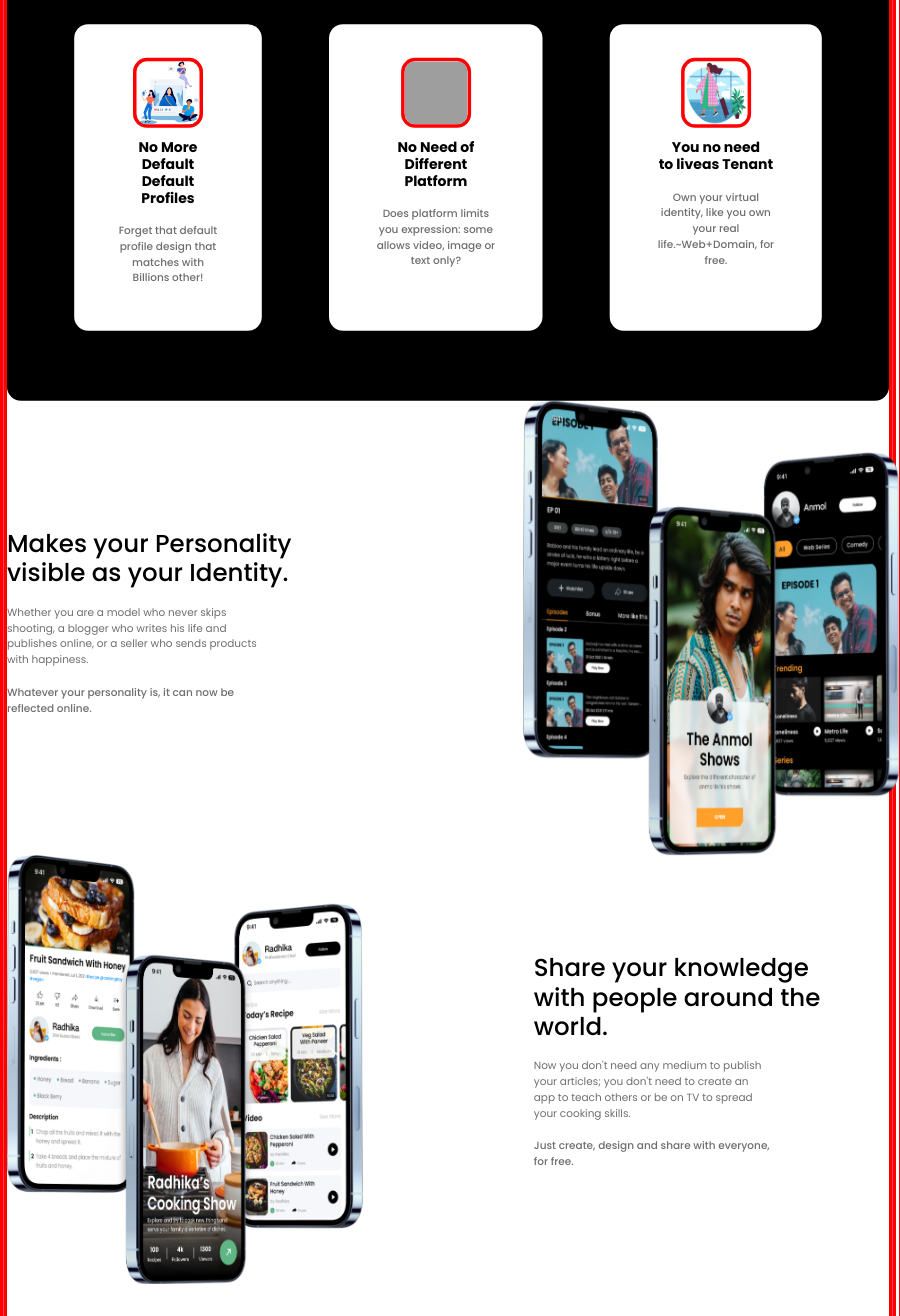
Repository: itsmesikandar/swavy.in.github.io
Page: index.html
An editor plug-in stored every save of this project. The page is shown before and after the next save, followed by the edit.
The browser window is 1280 px wide. The page is 1285 px wide, so the pictures cover 1285 px, including what lies to the right of the window. The pictures show the part of the page from y = 961 to 2841 px (the page is 5032 px tall before and 5008 px after), at 70% of full size.
Pictures or frames that could not be fetched are drawn as grey boxes.

Above is the page before, as saved 2023-02-22 22:49:40.
Console error: TypeError: Cannot read properties of undefined (reading 'fn')

### index.html
<!DOCTYPE html>
<html lang="en">
<head>
  <title>Swavy</title>

  <meta charset="UTF-8">
  <meta name="viewport" content="width=device-width, initial-scale=1.0">
  <meta http-equiv="X-UA-Compatible" content="ie=edge">
  <link rel="stylesheet" href="vendors/owl-carousel/css/owl.carousel.min.css">
  <link rel="stylesheet" href="vendors/owl-carousel/css/owl.theme.default.css">
  <link rel="stylesheet" href="vendors/mdi/css/materialdesignicons.min.css">
  <link rel="stylesheet" href="vendors/aos/css/aos.css">
  <link rel="stylesheet" href="css/style.min.css">
  <link rel="stylesheet" href="css/style.css">
  <link rel="stylesheet"
        href="https://cdnjs.cloudflare.com/ajax/libs/OwlCarousel2/2.3.4/assets/owl.carousel.min.css"
        integrity="sha512-tS3S5qG0BlhnQROyJXvNjeEM4UpMXHrQfTGmbQ1gKmelCxlSEBUaxhRBj/EFTzpbP4RVSrpEikbmdJobCvhE3g=="
        crossorigin="anonymous" />
  <link rel="stylesheet"
        href="https://cdnjs.cloudflare.com/ajax/libs/OwlCarousel2/2.3.4/assets/owl.theme.default.min.css"
        integrity="sha512-sMXtMNL1zRzolHYKEujM2AqCLUR9F2C4/05cdbxjjLSRvMQIciEPCQZo++nk7go3BtSuK9kfa/s+a4f4i5pLkw=="
        crossorigin="anonymous" />

</head>
<body id="body" data-spy="scroll" data-target=".navbar" data-offset="100">
  <header id="header-section">
    <nav class="navbar navbar-expand-lg pl-3 pl-sm-0 py-4" id="navbar">
    <div class="container">
      <div class="navbar-brand-wrapper d-flex ">
        <h4 style="color:rgb(253, 81, 1); font-size: 18px;">#NotJustSocialMedia</h4>
      </div>
    </div>
    </nav>
  </header>
  <div class="banner" >
    <div class="container-fluid">
      <h1 class="font-weight-semibold margin-top" id="ht">Discover<br>The Best Form Of Yourself</h1>
      <h5 class="font-weight-normal text-muted pb-3">Where humans create themselves, not Platform.</h5>
      <img src="images/hero-img.png" alt="" class="img-fluid">
    </div>
  </div>
      <div class="content-wrapper border-to">
        <div class="container-fluid border-to">
          <section class="features-overview bg_color_first " id="features-section" >
            <!-- <div class="content-header">
              <h3><b>Bored seeing same profiles design?</b></h3>
              <h6 class="section-subtitle text-muted">Billions others too, What if i say<br>You can have your website as your social identity! for free.</h6>
            </div> -->

            <!-- <div class="contact-us" id="contact-section">
              <div class="container">
                <div class=" contact-upper" >
                  <div data-aos="fade-up">
                    <div class="col-12  offset-sm-3 col-sm-6 offset-sm-3 offset-lg-3 col-lg-6 offset-lg-3 ">
                      <form name="submit-to-google-sheet" id="myFormm">
                        <div class="">
                          <input type="email" placeholder="Enter your email address" />
                          <button type="submit" class="btn btn-danger r-20 font-weight-medium">Get Early Access</button>
                       </div>
                         <input type="email" name="Email" class="input-form-control r-20" id="Email" placeholder="Enter your email address">
                        <div class="pt-3">
                          <button type="submit" class="btn btn-danger r-20 font-weight-medium">Get Early Access</button>
                        </div>
                      </form>
                    </div>
                  </div>
                </div>
              </div>
            </div> -->

            <div class="content-header  ">
              <h3 class="section-subtitle text-muted"><b>Where you can.</b></h3>
              <h5 class="section-subtitle text-muted "></h5>
              <h3 class=""><b>Show what you are but better.</b></h3>
            </div>

            <div class="d-md-flex justify-content-between mx-5">
              <div class="grid-margin d-flex justify-content-center bg_color_white mx-5 px-2">
                <div class="features-width text-center py-5">
                  <img class="border-to" src="images/nomore.png" width="100" height="100" alt="" class="img-icons">
                  <h5 class="py-3 font-weigh-sub">No More Default <br>Default Profiles</h5>
                  <p class="text-muted font-wt-p">Forget that default profile design that matches with Billions other!</p>
                </div>
              </div>
              <div class="grid-margin d-flex justify-content-center bg_color_white mx-5 px-2">
                <div class="features-width text-center py-5">
                  <img class="border-to" src="images/noplatform.jpg" width="100" height="100" alt="" class="img-icons">
                  <h5 class="py-3 font-weigh-sub">No Need of<br>Different Platform</h5>
                  <p class="text-muted font-wt-p">Does platform limits you expression: some allows video, image or text only?
                  </p>
                </div>
              </div>
              <div class="grid-margin d-flex justify-content-center bg_color_white mx-5 px-2">
                <div class="features-width text-center py-5">
                  <img class="border-to" src="images/tenent.png" width="100" height="100" alt="" class="img-icons">
                  <h5 class="py-3 font-weigh-sub">You no need<br>to liveas Tenant</h5>
                  <p class="text-muted font-wt-p">Own your virtual identity, like you own your real life.~Web+Domain, for free.</p>
                </div>
              </div>
            </div>
          </section>


      <section class="digital-marketing-service" id="digital-marketing-section">

        <div class="row align-items-center">
          <div class="col-12 col-lg-7 grid-margin grid-margin-lg-0 align-left" data-aos="fade-right">
            <h2 class="m-0 ">Makes your Personality<br>visible as your Identity.</h2>
            <div class="col-lg-7 col-xl-6 p-0">
              <p class="py-4 m-0 text-muted">Whether you are a model who never skips shooting, a blogger who writes his life and publishes online, or a seller who sends products with happiness.</p>
              <p class="font-weight-medium text-muted">Whatever your personality is, it can now be reflected online.</p>
            </div>
          </div>
          <div class="col-12 col-lg-5 p-0 img-digital grid-margin grid-margin-lg-0" data-aos="fade-left">
            <div class="carousel slide" data-ride="carousel">
              <div class="carousel-inner">
                <div class="carousel-item active">
                  <img src="images/vlog.png" alt="" class="img-fluid d-block w-100">
                </div>
                <div class="carousel-item ">
                  <img src="images/show.png" alt="" class="img-fluid d-block w-100">
                </div>
                <div class="carousel-item ">
                  <img src="images/podcast.png" alt="" class="img-fluid d-block w-100">
                </div>
                <div class="carousel-item ">
                  <img src="images/sell.png" alt="" class="img-fluid d-block w-100">
                </div>
              </div>
            </div>
          </div>
        </div>
        <div class="row align-items-center">
          <div class="col-12 col-lg-5 text-center flex-item grid-margin" data-aos="fade-right">
            <div class="carousel slide" data-ride="carousel">
              <div class="carousel-inner">
                <div class="carousel-item active">
                  <img src="images/class.png" alt="" class="img-fluid d-block w-100">
                </div>
                <div class="carousel-item ">
                  <img src="images/radhika.png" alt="" class="img-fluid d-block w-100">
                </div>
                <div class="carousel-item ">
                  <img src="images/news.png" alt="" class="img-fluid d-block w-100">
                </div>
              </div>
            </div>
          </div>
          <div class="col-12 offset-lg-2 col-lg-5 flex-item grid-margin align-left data-aos="fade-left">
            <h2 class="m-0 ">Share your knowledge<br> with people around the world.</h2>
            <div class="col-lg-9 col-xl-8 p-0">
              <p class="py-4 m-0 text-muted">Now you don't need any medium to publish your articles; you don't need to create an app to teach others or be on TV to spread your cooking skills.</p>
              <p class="pb-2 font-weight-medium text-muted">Just create, design and share with everyone, for free.</p>
            </div>
          </div>
        </div>
      </section>

      <section class="customer-feedback" id="feedback-section">
        <div class="row">
          <div class="col-12 text-center pb-5">
            <h2><b>Bring Your Ideas into Life</b></h2>
          </div>

          <div class="col-12 m-auto">
            <div class="owl-carousel owl-theme grid-margin">
              <div class="card customer-cards">
                <img src="images/educator.png"  alt="" >
              </div>
              <div class="card customer-cards">
                <img src="images/creator.png"  alt="" >
              </div>
              <div class="card customer-cards">
                <img src="images/model.png"  alt="" >
              </div>
              <div class="card customer-cards">
                <img src="images/writer.png"  alt="" >
              </div>
            </div>
          </div>
        </div>
      </section>

      <section class="case-studies" id="case-studies-section">
        <div class="row ">
          <div class="col-12 text-center pb-5">
            <h2><b>Be the human that exist in real world.</b></h2>
          </div>
          <div class="col-12 col-md-6 col-lg-4 stretch-card mb-3 mb-lg-3" data-aos="zoom-in">
            <div class="card customer-cards">
              <div class="card-body">
                <div class="text-center">
                  <img src="images/ticket.png" width="100" height="100" alt="" class="img-customer">
                  <div class="content-divider m-auto"></div>
                  <h6 class="card-title pt-3">Get your tickets</h6>
                  <p class="m-0 py-3 text-muted">Get onboard and experience to own yourself on Internet. Either get an invite from friend or Join the waitlist to early access.</p>
                </div>
              </div>
            </div>
          </div>
          <div class="col-12 col-md-6 col-lg-4 stretch-card mb-3 mb-lg-3" data-aos="zoom-in" data-aos-delay="200">
            <div class="card customer-cards">
              <div class="card-body">
                <div class="text-center">
                  <img src="images/create.jpg" width="100" height="100" alt="" class="img-customer">
                  <div class="content-divider m-auto"></div>
                  <h6 class="card-title pt-3">Create yourself</h6>
                  <p class="m-0 py-3 text-muted">Describe your personality, Enter your content and get yourself an identity which is as unique as you out of Billions.</p>
                </div>
              </div>
            </div>
          </div>
          <div class="col-12 col-md-6 col-lg-4 stretch-card mb-3 mb-lg-3" data-aos="zoom-in" data-aos-delay="400">
            <div class="card customer-cards">
              <div class="card-body">
                <div class="text-center">
                  <img src="images/design.jpg" width="100" height="100" alt="" class="img-customer">
                  <div class="content-divider m-auto"></div>
                  <h6 class="card-title pt-3">Design your personality</h6>
                  <p class="m-0 py-3 text-muted">Find your style in our templates curate your content and done. If not satisfy can change font/size/color/layout as your wish.</p>
                </div>
              </div>
            </div>
          </div>
          <div class="col-12 col-md-6 col-lg-4 stretch-card mb-3 mb-lg-3" data-aos="zoom-in" data-aos-delay="600">
            <div class="card customer-cards">
              <div class="card-body">
                <div class="text-center">
                  <img src="images/own.jpg" width="100" height="100" alt="" class="img-customer">
                  <div class="content-divider m-auto"></div>
                  <h6 class="card-title pt-3">Own your identity</h6>
                  <p class="m-0 py-3 text-muted">Get your online presence in your hand, link it with domain, for free* and let yourself be discovered on the Internet.</p>
                </div>
              </div>
            </div>
          </div>
          <div class="col-12 col-md-6 col-lg-4 stretch-card mb-3 mb-lg-3" data-aos="zoom-in" data-aos-delay="400">
            <div class="card customer-cards">
              <div class="card-body">
                <div class="text-center">
                  <img src="images/friends.jpg" width="100" height="100" alt="" class="img-customer">
                  <div class="content-divider m-auto"></div>
                  <h6 class="card-title pt-3">Meet your friends</h6>
                  <p class="m-0 py-3 text-muted">Where you are not just a profile but individual. Who can chat and stay in touch with your friends while being what you are and what you think.</p>
                </div>
              </div>
            </div>
          </div>
          <div class="col-12 col-md-6 col-lg-4 stretch-card mb-3 mb-lg-3" data-aos="zoom-in" data-aos-delay="600">
            <div class="card customer-cards">
              <div class="card-body">
                <div class="text-center">
                  <img src="images/goalive.png" width="100" height="100" alt="" class="img-customer">
                  <div class="content-divider m-auto"></div>
                  <h6 class="card-title pt-3">No profiles just you!</h6>
                  <p class="m-0 py-3 text-muted">Whether a writer or a model, now you have your own ground which you created - a Website. Just share with your friends and play together in the world you own.</p>
                </div>
              </div>
            </div>
          </div>
        </div>
      </section>
    </div>

    <section class="contact-us" id="contact-section">
      <div class="container">
        <div class="contact-us-bgimage grid-margin " >
          <div class="pb-4">
            <h3 class="px-3 px-md-0 m-0 fw" data-aos="fade-down">Invited Members Can Only Access!<br>Join Our Waitlist.</h3>
          </div>
          <div data-aos="fade-up">
            <div class="col-12  offset-sm-3 col-sm-6 offset-sm-3 offset-lg-4 col-lg-4 offset-lg-4 ">
              <form name="submit-to-google-sheet" id="myForm">
                <input type="email" name="Email" class="input-form-control r-20" id="Email" placeholder="Email id">
                <div class="pt-3">
                  <button type="submit" class="btn btn-danger font-weight-medium r-20">Get Early Access</button>
                </div>
              </form>
            </div>
          </div>
        </div>
      </div>
    </section>
  </div>

  <script>
       !function(){var analytics=window.analytics=window.analytics||[];if(!analytics.initialize)if(analytics.invoked)window.console&&console.error&&console.error("Segment snippet included twice.");else{analytics.invoked=!0;analytics.methods=["trackSubmit","trackClick","trackLink","trackForm","pageview","identify","reset","group","track","ready","alias","debug","page","once","off","on","addSourceMiddleware","addIntegrationMiddleware","setAnonymousId","addDestinationMiddleware"];analytics.factory=function(e){return function(){var t=Array.prototype.slice.call(arguments);t.unshift(e);analytics.push(t);return analytics}};for(var e=0;e<analytics.methods.length;e++){var key=analytics.methods[e];analytics[key]=analytics.factory(key)}analytics.load=function(key,e){var t=document.createElement("script");t.type="text/javascript";t.async=!0;t.src="https://cdn.segment.com/analytics.js/v1/" + key + "/analytics.min.js";var n=document.getElementsByTagName("script")[0];n.parentNode.insertBefore(t,n);analytics._loadOptions=e};analytics._writeKey="sy1jEkZRdvqaCf5dOWhj4yyXbsgHlnL4";;analytics.SNIPPET_VERSION="4.15.3";
        analytics.load("sy1jEkZRdvqaCf5dOWhj4yyXbsgHlnL4");
        analytics.page();
        }}();


    const scriptURL = 'https://script.google.com/macros/s/AKfycbxXpgQgQMZqhFNl4IiDehqWTr5-PkKsvUA7oIWJAg1q1VEVA7wHIRvszY07XR8cTBPduQ/exec'
    const form = document.forms['submit-to-google-sheet']
    //const formm = document.forms['submit-to-google-sheet']
    const fr = document.getElementById("myForm")
    //const frr = document.getElementById("myFormm")

    // formm.addEventListener('submit', e => {
    //   e.preventDefault()
    //   fetch(scriptURL, { method: 'POST', body: new FormData(formm)})
    //     .then(response =>
    //     frr.reset())
    //     .catch(error => console.error('Error###', error.message))
    // })

    form.addEventListener('submit', e => {
      e.preventDefault()
      fetch(scriptURL, { method: 'POST', body: new FormData(form)})
        .then(response =>
        fr.reset())
        .catch(error => console.error('Error!!!!!!', error.message))
    })

  </script>
  <script src="https://cdnjs.cloudflare.com/ajax/libs/OwlCarousel2/2.3.4/owl.carousel.min.js"
  integrity="sha512-bPs7Ae6pVvhOSiIcyUClR7/q2OAsRiovw4vAkX+zJbw3ShAeeqezq50RIIcIURq7Oa20rW2n2q+fyXBNcU9lrw=="
  crossorigin="anonymous"></script>
  <script src="vendors/jquery/jquery.min.js"></script>
  <script src="vendors/bootstrap/bootstrap.min.js"></script>
  <script src="vendors/owl-carousel/js/owl.carousel.min.js"></script>
  <script src="vendors/aos/js/aos.js"></script>
  <script src="js/landingpage.js"></script>
</body>
</html>

### js/landingpage.js
// HEADER ANIMATION
window.onscroll = function() {scrollFunction()};
var element = document.getElementById("body");
function scrollFunction() {
  if (document.body.scrollTop > 400 || document.documentElement.scrollTop > 400) {
      $(".navbar").addClass("fixed-top");
      element.classList.add("header-small");
      $("body").addClass("body-top-padding");

  } else {
      $(".navbar").removeClass("fixed-top");
      element.classList.remove("header-small");
      $("body").removeClass("body-top-padding");
  }
}

// OWL-CAROUSAL
$('.owl-carousel').owlCarousel({
    items: 3,
    loop:true,
    nav:false,
    dot:true,
    autoplay: true,
    slideTransition: 'linear',
    autoplayHoverPause: true,
    responsive:{
      0:{
          items:1
      },
      600:{
          items:2
      },
      1000:{
          items:3
      }
  }
})

// SCROLLSPY
$(document).ready(function() {
  $(".nav-link").click(function() {
      var t = $(this).attr("href");
      $("html, body").animate({
          scrollTop: $(t).offset().top - 75
      }, {
          duration: 1000,
      });
      $('body').scrollspy({ target: '.navbar',offset: $(t).offset().top });
      return false;
  });

});

// AOS
AOS.init({
    offset: 120,
    delay: 0,
    duration: 1200,
    easing: 'ease',
    once: true,
    mirror: false,
    anchorPlacement: 'top-bottom',
    disable: "mobile"
  });

//SIDEBAR-OPEN
  $('#navbarSupportedContent').on('hidden.bs.collapse', function () {
    $("body").removeClass("sidebar-open");
  })

  $('#navbarSupportedContent').on('shown.bs.collapse', function () {
    $("body").addClass("sidebar-open");
  })


  window.onresize = function() {
    var w = window.innerWidth;
    if(w>=992) {
      $('body').removeClass('sidebar-open');
      $('#navbarSupportedContent').removeClass('show');
    }
  }

Loaded but not shown: vendors/owl-carousel/css/owl.carousel.min.css (library); vendors/owl-carousel/css/owl.theme.default.css (common file); vendors/mdi/css/materialdesignicons.min.css (library); vendors/aos/css/aos.css (library); css/style.min.css (library); css/style.css (library); vendors/jquery/jquery.min.js (library); vendors/bootstrap/bootstrap.min.js (library); vendors/owl-carousel/js/owl.carousel.min.js (library); vendors/aos/js/aos.js (library)

After the next save:
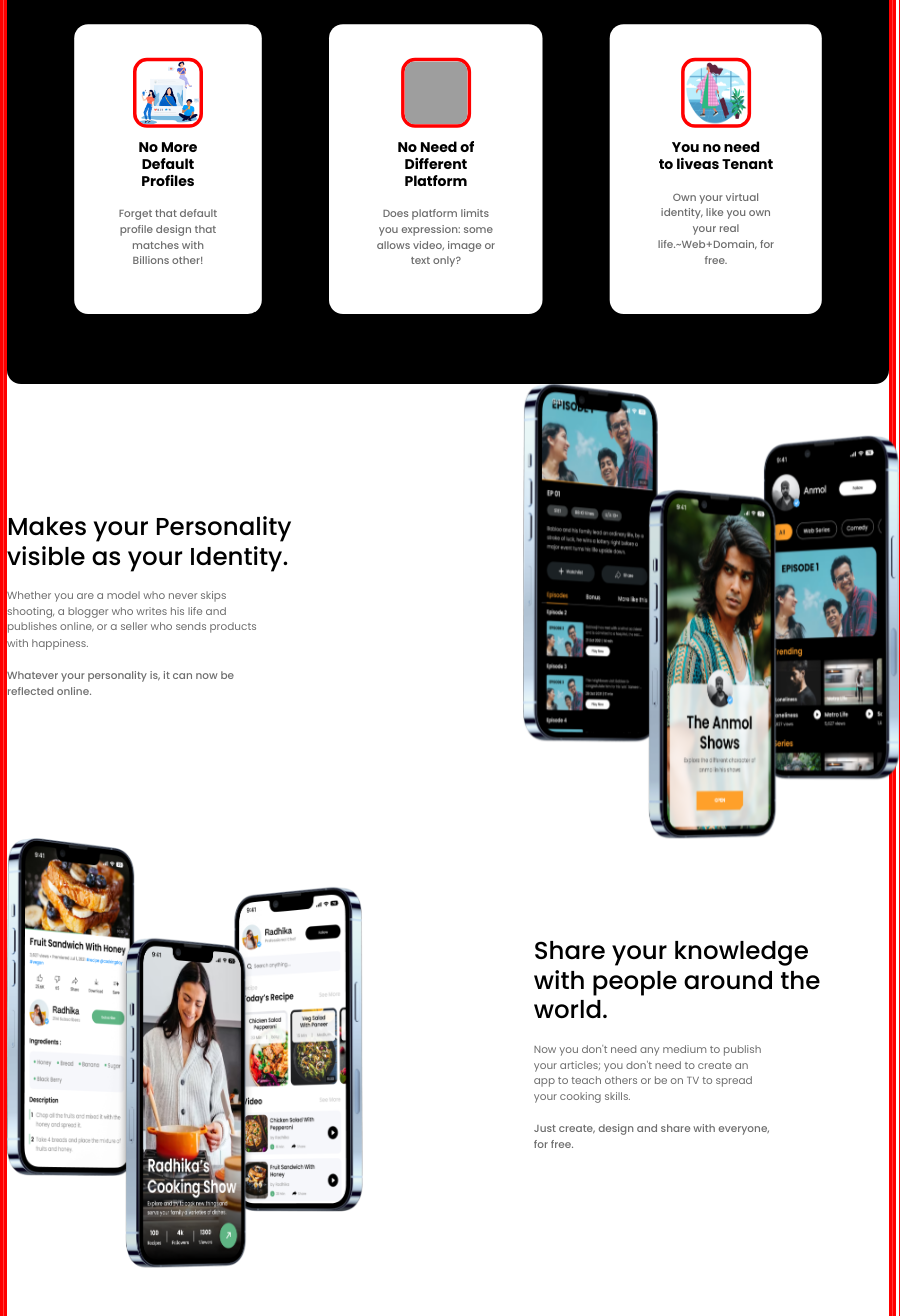
Saved 15 s later.
--- a/index.html
+++ b/index.html
@@ -78,7 +78,7 @@
               <div class="grid-margin d-flex justify-content-center bg_color_white mx-5 px-2">
                 <div class="features-width text-center py-5">
                   <img class="border-to" src="images/nomore.png" width="100" height="100" alt="" class="img-icons">
-                  <h5 class="py-3 font-weigh-sub">No More Default <br>Default Profiles</h5>
+                  <h5 class="py-3 font-weigh-sub">No More  <br>Default Profiles</h5>
                   <p class="text-muted font-wt-p">Forget that default profile design that matches with Billions other!</p>
                 </div>
               </div>
